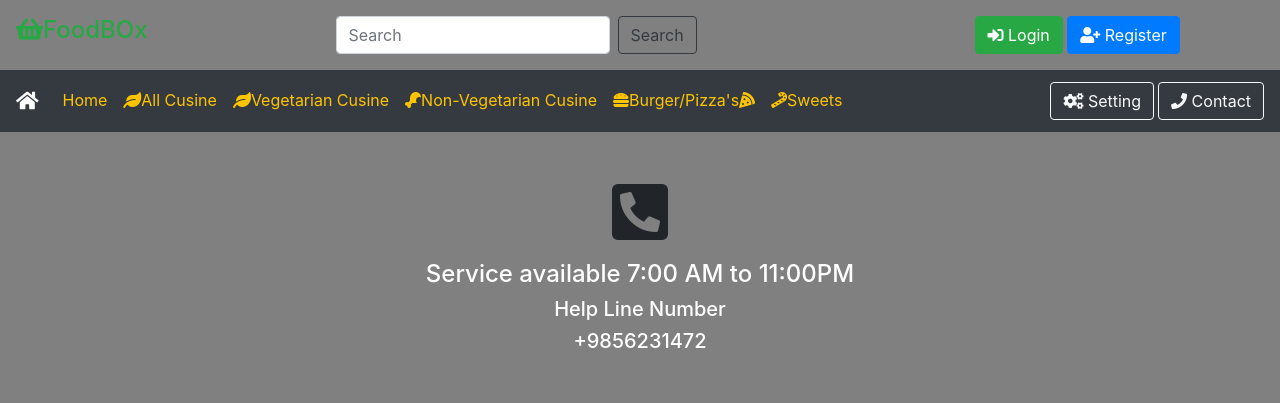
Repository: debjaniprofessional32/Capstone-Final-FoodBox-Delivery-Project
Page: http://localhost/OnlinFoodBOX/helpcenter.jsp
An editor plug-in stored every save of this project. The page is shown before and after the next save, followed by the edit.
The browser window is 1280 px wide. The pictures show the whole page.
Some web libraries are served in a nearby version. The page is served by Tomcat 9.

Above is the page before, as saved 2022-12-23 13:27:19.

After the next save:
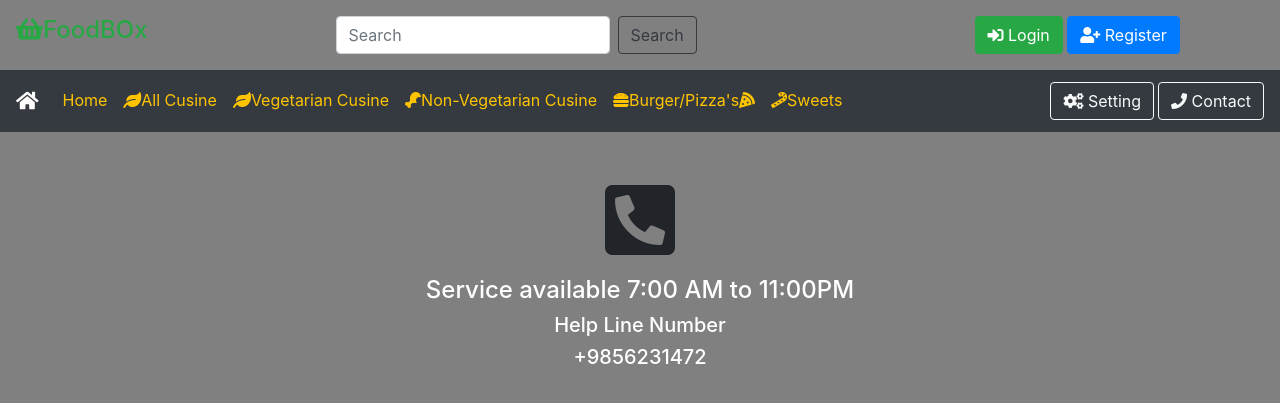
Saved 13 s later.
--- a/OnlinFoodBOX/src/main/webapp/helpcenter.jsp
+++ b/OnlinFoodBOX/src/main/webapp/helpcenter.jsp
@@ -10,7 +10,7 @@
 <body>
 <%@include file="all_Component/navbar.jsp"%>
 <div class=" justify-content-center p-5">
-<center><i class=" fas fa-phone-square-alt fa-4x  "></i></center>
+<center><i class=" fas fa-phone-square-alt fa-5x  "></i></center>
 <p>
 <h4 class="text-center text-white" >Service available 7:00 AM to 11:00PM</h4>
 <h5 class="text-center text-white">Help Line Number</h5>
